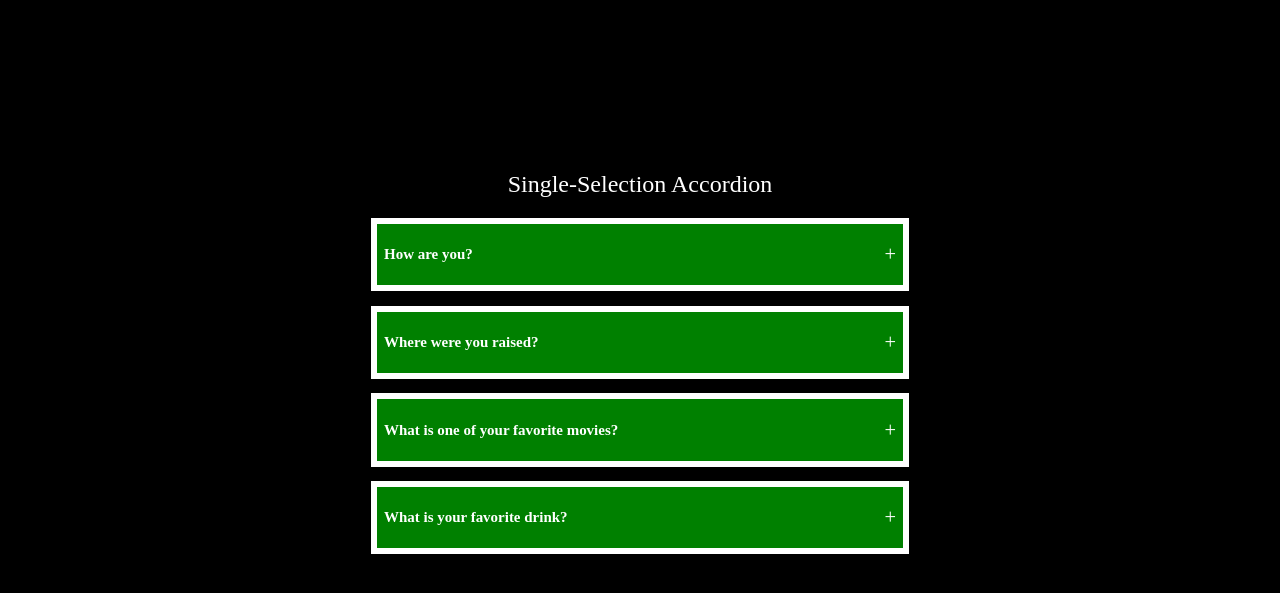
Repository: kosenijr/react-projects
Page: / (app in accordion/)
The author's editor kept a copy of each file at every save. The page is drawn from the files as they stood at one save, then again after the next save.
The browser window is 1280 px wide. The pictures show the whole page.
The project was rebuilt for these pictures with package versions that can differ from the ones it lists, and the page was loaded fresh each time.

Above is the page before, as saved 2024-03-03 00:34:44.

After the next save:
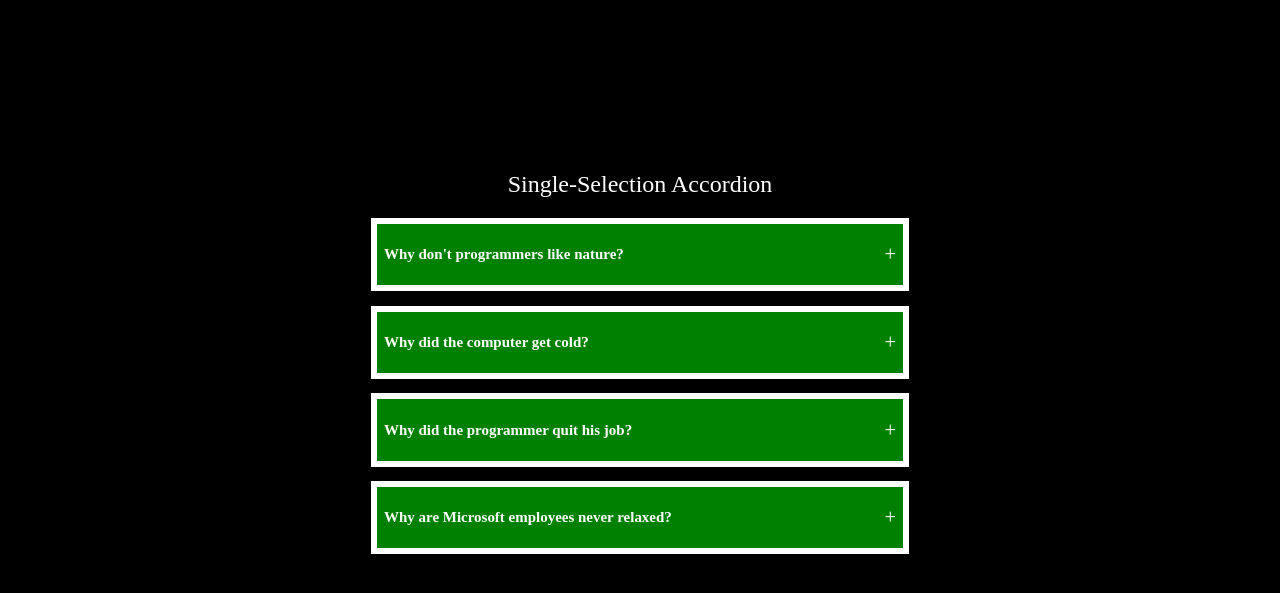
Saved 11 min 34 s later.
--- a/accordion/src/data.js
+++ b/accordion/src/data.js
@@ -1,26 +1,26 @@
 const data = [
   {
     id: 1,
-    question: "How are you?",
-    answer: "I am well!",
+    question: "Why don't programmers like nature?",
+    answer: "It has too many bugs!",
   },
 
   {
     id: 2,
-    question: "Where were you raised?",
-    answer: "I was raised in Queens.",
+    question: "Why did the computer get cold?",
+    answer: "It left its Windows open.",
   },
 
   {
     id: 3,
-    question: "What is one of your favorite movies?",
-    answer: "Harlem Nights is one of my favorite movies.",
+    question: "Why did the programmer quit his job?",
+    answer: "Because he didn't get arrays!",
   },
 
   {
     id: 4,
-    question: "What is your favorite drink?",
-    answer: "My favorite drink is water.",
+    question: "Why are Microsoft employees never relaxed?",
+    answer: "Because they’re always on Edge.",
   },
 ];
 
